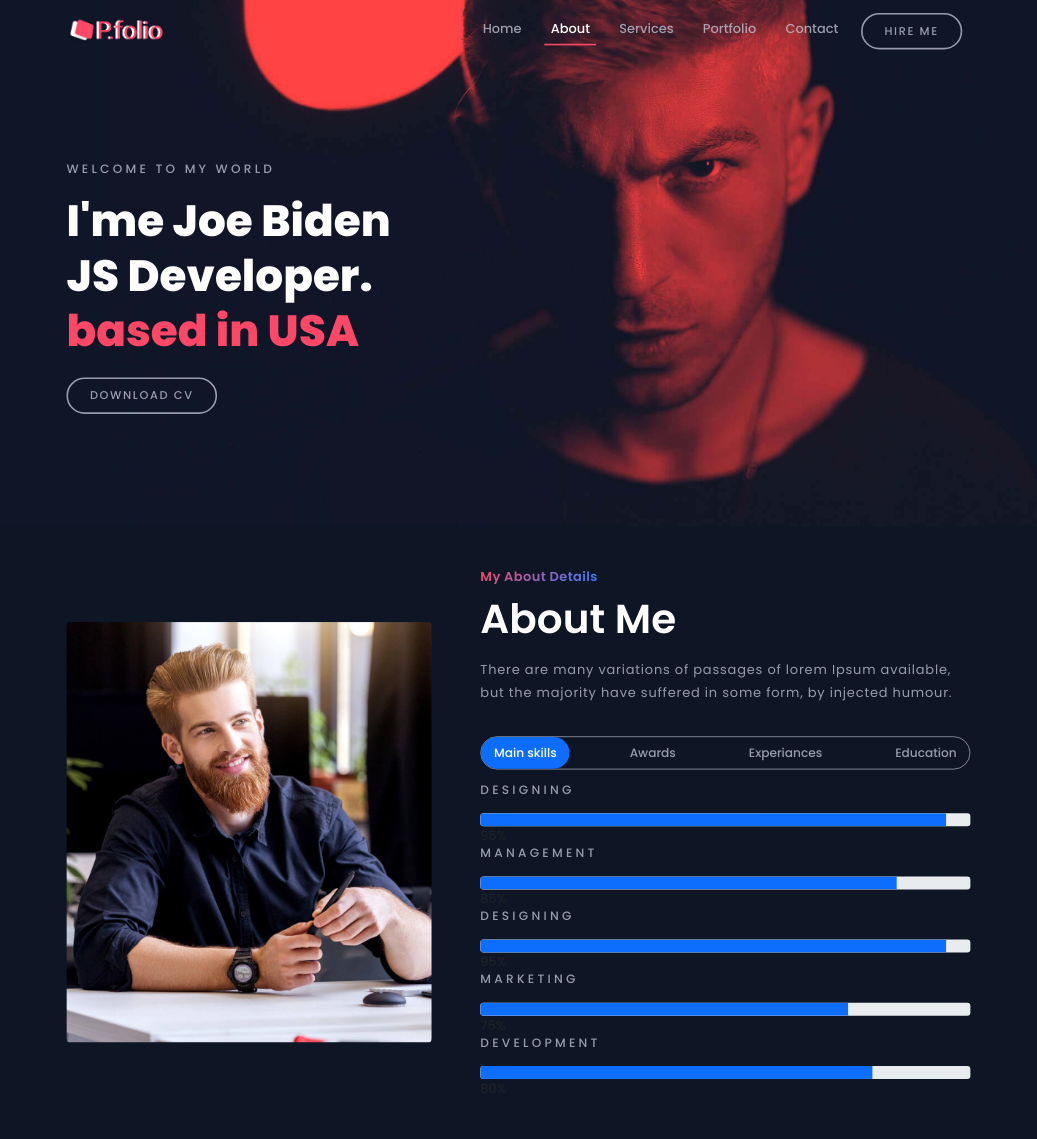
Repository: wadelfadill/Bootstrap_tache_3_responsive_portfolio
Page: index.html
An editor plug-in stored every save of this project. The page is shown before and after the next save, followed by the edit.
The browser window is 1280 px wide. The pictures show the whole page, at 81% of full size.
Backgrounds fixed to the window are drawn as part of the page. Some web libraries are served in a nearby version.

Above is the page before, as saved 2023-04-11 10:44:46.

### index.html
<!DOCTYPE html>
<html lang="en">
<head>
    <meta charset="UTF-8">
    <meta http-equiv="X-UA-Compatible" content="IE=edge">
    <meta name="viewport" content="width=device-width, initial-scale=1.0">
    <title>Bootstrap_Responsive_Portfolio</title>
    <!------ FAVICON ------->
    <link rel="icon" type="image/png" href="images/favicon.png">

    <!------------ Bootstrap link --------------->
    <link href="https://cdn.jsdelivr.net/npm/bootstrap@5.1.3/dist/css/bootstrap.min.css" rel="stylesheet" integrity="sha384-1BmE4kWBq78iYhFldvKuhfTAU6auU8tT94WrHftjDbrCEXSU1oBoqyl2QvZ6jIW3" crossorigin="anonymous">

    <!-------------- Font-awsome script  ------------->
    <script src="https://kit.fontawesome.com/8f130c8a35.js" crossorigin="anonymous"></script>

    <!------------ CSS files link  ------------->
    <link rel="stylesheet" href="css/style.css">
    <link rel="stylesheet" href="css/responsive-style.css">

    <!------------- Google-Font link ---------------->
    <link rel="stylesheet" href="https://fonts.googleapis.com/css2?family=Poppins%3Awght%40100%3B200%3B300%3B400%3B500%3B600%3B700%3B800%3B900&display=swap">
</head>
<body data-bs-spy="scroll" data-bs-target=".navbar" data-bs-offset="75">
    <!------------------------------------------------------>
        <!------------- Navbar Section ----------->
        <header class="header_wrapper">
            <nav class="navbar navbar-expand-lg fixed-top">
                <div class="container">
                  <a class="navbar-brand" href="#">
                    <img src="images/logo.png" alt="logo" class="img-fluid">
                  </a>
                  <button class="navbar-toggler" type="button" data-bs-toggle="collapse" data-bs-target="#navbarNav" aria-controls="navbarNav" aria-expanded="false" aria-label="Toggle navigation">
                    <i class="fa-solid fa-bars-staggered navbar-toggler-icon"></i>
                  </button>
                  <div class="collapse navbar-collapse justify-content-end" id="navbarNav">
                    <ul class="navbar-nav menu-navbar-nav">
                      <li class="nav-item">
                        <a class="nav-link active" aria-current="page" href="#home">Home</a>
                      </li>
                      <li class="nav-item">
                        <a class="nav-link" href="#about">About</a>
                      </li>
                      <li class="nav-item">
                        <a class="nav-link" href="#services">Services</a>
                      </li>
                      <li class="nav-item">
                        <a class="nav-link" href="#portfolio">Portfolio</a>
                      </li>
                      <li class="nav-item">
                        <a class="nav-link" href="#contact">Contact</a>
                      </li>
                      <li class="nav-item mt-3 mt-lg-0">
                        <a class="main-btn" href="#contact">Hire me</a>
                      </li>
                    </ul>
                  </div>
                </div>
              </nav>
        </header>
        <!----------- Navbar section end -------->
    <!------------------------------------------------------>
        <!----------- Banner section ------------->
        <section id="home" class="banner_wrapper">
            <div class="container">
                <div class="row">
                    <div class="col-sm-12 text-center text-md-start">
                        <h6>WELCOME TO MY WORLD</h6>
                        <h1>I'me Joe Biden <br> JS Developer. <span><br>based in USA</span></h1>
                        <div class="mt-4">
                            <a href="" class="main-btn">Download CV</a>
                        </div>
                    </div>
                </div>
            </div>
        </section>
        <!----------- Banner section end --------->
    <!------------------------------------------------------>
        <!----------- About section -------------->
        <section id="about" class="about_wrapper">
            <div class="container">
              <div class="row justify-content-between align-items-center">
                  <div class="col-lg-5 mb-lg-0">
                    <img src="images/about.jpg" alt="about-img" class="img-fluid rounded-3">
                  </div>
                  <div class="col-lg-7 ps-lg-5 text-center text-lg-start">
                    <div class="my-3 my-lg-0">
                      <span class="subtitle">My About Details</span>
                      <h2>About Me</h2>
                      <p>There are many variations of passages of lorem Ipsum available, but the majority have
                        suffered in some form, by injected humour.</p>
                    </div>
                    <div class="pt-4">
                      <ul class="nav nav-pills mb-3 justify-content-center justify-content-lg-between" id="pills-tab" role="tablist">
                        <li class="nav-item" role="presentation">
                          <button class="nav-link active" id="pills-skill-tab" data-bs-toggle="pill" data-bs-target="#pills-skill" type="button" role="tab" aria-controls="pills-skill" aria-selected="true">Main skills</button>
                        </li>
                        <li class="nav-item" role="presentation">
                          <button class="nav-link" id="pills-award-tab" data-bs-toggle="pill" data-bs-target="#pills-award" type="button" role="tab" aria-controls="pills-award" aria-selected="false">Awards</button>
                        </li>
                        <li class="nav-item" role="presentation">
                          <button class="nav-link" id="pills-experiance-tab" data-bs-toggle="pill" data-bs-target="#pills-experiance" type="button" role="tab" aria-controls="pills-experiance" aria-selected="false">Experiances</button>
                        </li>
                        <li class="nav-item" role="presentation">
                          <button class="nav-link" id="pills-education-tab" data-bs-toggle="pill" data-bs-target="#pills-education" type="button" role="tab" aria-controls="pills-education" aria-selected="false">Education</button>
                        </li>
                      </ul>
                      <div class="tab-content" id="pills-tabContent">
                        <div class="tab-pane fade show active" id="pills-skill" role="tabpanel" aria-labelledby="pills-skill-tab" tabindex="0">
                            <div class="single-progress">
                                <h6>Designing</h6>
                                <div class="progress">
                                  <div class="progress-bar" role="progressbar" aria-label="Basic example" style="width: 95%" aria-valuenow="25" aria-valuemin="0" aria-valuemax="100"></div>
                                </div>
                                <span class="lable">95%</span>
                            </div>
                            <div class="single-progress">
                              <h6>Management</h6>
                              <div class="progress">
                                <div class="progress-bar" role="progressbar" aria-label="Basic example" style="width: 85%" aria-valuenow="25" aria-valuemin="0" aria-valuemax="100"></div>
                              </div>
                              <span class="lable">85%</span>
                            </div>
                            <div class="single-progress">
                              <h6>Designing</h6>
                              <div class="progress">
                                <div class="progress-bar" role="progressbar" aria-label="Basic example" style="width: 95%" aria-valuenow="25" aria-valuemin="0" aria-valuemax="100"></div>
                              </div>
                              <span class="lable">95%</span>
                            </div>
                            <div class="single-progress">
                              <h6>Marketing</h6>
                              <div class="progress">
                                <div class="progress-bar" role="progressbar" aria-label="Basic example" style="width: 75%" aria-valuenow="25" aria-valuemin="0" aria-valuemax="100"></div>
                              </div>
                              <span class="lable">75%</span>
                            </div>
                            <div class="single-progress">
                              <h6>Development</h6>
                              <div class="progress">
                                <div class="progress-bar" role="progressbar" aria-label="Basic example" style="width: 80%" aria-valuenow="25" aria-valuemin="0" aria-valuemax="100"></div>
                              </div>
                              <span class="lable">80%</span>
                            </div>
                        </div>
                        <div class="tab-pane fade" id="pills-award" role="tabpanel" aria-labelledby="pills-award-tab" tabindex="0">
                          <ul class="text-start ps-0">
                            <li>
                              <a href="#">
                              Awards.com<span>- Winner</span></a> 2019 -2020</li>
                            <li>
                              <a href="#">
                              CSS Design Awards<span>- Winner</span></a> 2017 - 2018</li>
                            <li>
                              <a href="#">
                              Design nominees<span>- Site of the day</span></a></li>
                            <li>
                              <a href="#">
                              Awards.com<span>- Winner</span></a> 2019 - 2020</li>
                          </ul>
                        </div>
                        <div class="tab-pane fade" id="pills-experiance" role="tabpanel" aria-labelledby="pills-experiance-tab" tabindex="0">
                          <ul class="text-start ps-0">
                              <li><a href="#">Sr. Front-end Engineer <span>- Google</span></a>2018 - Current</li>
                              <li><a href="#">Front-end Engineer<span>- Microsoft</span></a> 2017 - 2018</li>
                              <li><a href="#">Software Engineer<span>- Alibaba</span></a> 2013 - 2014</li>
                              <li><a href="#">Software Engineer<span>- Alibaba</span></a> 2013 - 2014</li>
                          </ul>
                        </div>
                        <div class="tab-pane fade" id="pills-education" role="tabpanel" aria-labelledby="pills-education-tab" tabindex="0">
                          <ul class="text-start ps-0">
                            <li><a href="#">Bsc In CSE <span>- ABC University, Los Angeles, CA</span></a>2010</li>
                            <li><a href="#">Dilploma in Computer Science<span>- Gama Technical</span></a> 2009</li>
                            <li><a href="#">Graphic Designer<span>- ABC Institute, Los Angeles, CA</span></a> 2007</li>
                            <li><a href="#">Graphic Designer<span>- ABC Institute, Los Angeles, CA</span></a> 2007</li>
                        </ul>
                        </div>
                      </div>
                    </div>
                  </div>
              </div>
            </div>
        </section>
        <!----------- About section end ---------->
    <!------------------------------------------------------->
        <!----------- Services section ----------->

        <!----------- Services section end ------->
    <!------------------------------------------------------->
        <!----------- Portfolio section ---------->

        <!----------- Portfolio section end ----->
    <!------------------------------------------------------->
        <!----------- Contact section ----------->

        <!----------- Contact section end ------->
    <!------------------------------------------------------->
        <!------------ Footer section ----------->

        <!------------ Footer section end ------->
    <!------------------------------------------------------->
        <!-- JS file link -->
        <script src="js/main.js"></script>
        <!---------------- bootstrap script -------------->
        <script src="https://cdn.jsdelivr.net/npm/bootstrap@5.1.3/dist/js/bootstrap.bundle.min.js" integrity="sha384-ka7Sk0Gln4gmtz2MlQnikT1wXgYsOg+OMhuP+IlRH9sENBO0LRn5q+8nbTov4+1p" crossorigin="anonymous"></script>
</body>
</html>

### css/style.css
/* TABLE OF CONTENTS */
/* --------------------
1. General
2.Navbar
3.Banner
4.About
5.Services
6.Portfolio
7.contact
8.Footer
---------------------- */

/* 1. General */
@import url('https://fonts.googleapis.com/css2?family=Poppins%3Awght%40100%3B200%3B300%3B400%3B500%3B600%3B700%3B800%3B900&display=swap');

*{
    box-sizing: border-box;
    margin: 0;
    padding: 0;
}
:root{
    /* Background Color */
    --primary-color:#FD4766;
    --secondary-color:#0e1525;
    --bg-dark-blue:#091020;
    --bg-white:#fff;
    --gray-color:#c6c9d8bf;
    --gradient-color: linear-gradient(-224deg, var(--primary-color) 0, #337Dff 100%);
    --gradient-text: linear-gradient(120deg, #1C99FE 20.69%, #7644FF 50.19%, var(--primary-color) 79.69%);
    filter: progid:DXImageTransform.Microsoft.gradient(startColorstr='var(--primary-color)', endColorstr='var(--secondary-color)', GradientType=1);

    /* Text Color */
    --primary-font: 'Poppins', 'sans-serif';
    --primary-text: #FD4766;
    --text-gray: #c6c9d8bf;
    --text-white:#fff;

}

body{
    font-family: var(--primary-font);
    background-color: var(--secondary-color);
}
a{
    text-decoration: none;
}

/* 2. custom css */
::-webkit-scrollbar{
    width: 6px;
}
::-webkit-scrollbar-track{
    background: var(--bg-dark-blue);
}
::-webkit-scrollbar-thumb{
    background: var(--primary-color);
}
input[type=number]::-webkit-inner-spin-button,
input[type=number]::-webkit-outer-spin-button{
    -webkit-appearance: none;
    margin: 0;
}

section{
    padding: 50px 0;
}
.main-btn{
    display: inline-block;
    border-radius: 50px;
    transition: all .4s ease-in-out;
    padding: 10px 27px;
    background-color: transparent;
    border: 2px solid var(--gray-color);
    color: var(--text-gray);
    font-weight: 500;
    font-size: 14px;
    text-transform: uppercase;
    letter-spacing: 2px;
    text-decoration: none;
}
.main-btn:hover{
    background-color: var(--primary-color);
    border-color: var(--primary-color);
    color: var(--text-white);

}
h1{
    font-size: 54px;
    line-height: 68px;
    font-weight: 800;
    color: var(--text-white);
    margin-bottom: 20px;
}
h1 span{
    color: var(--primary-color);
}
h2{
    font-size: 50px;
    line-height: 1.3;
    font-weight: 600;
    color: var(--text-white);
    margin-bottom: 15px;
}
h3{
    font-size: 20px;
    font-weight: 800;
    color: var(--text-white);
    margin-bottom: 19px;
}
h6{
    font-size: 15px;
    text-transform: uppercase;
    letter-spacing: 4px;
    display: block;
    color: var(--text-gray);
    margin-bottom: 20px;
}

p{
    color: var(--text-gray);
    font-size: 16px;
    line-height: 28px;
    letter-spacing: 1px;
    font-weight: 400;
}

.subtitle{
    display: inline-block;
    font-weight: 600;
    letter-spacing: 0.5px;
    line-height: 18px;
    font-size: 16px;
    margin-bottom: 12px;
    background: var(--gradient-color);
    -webkit-background-clip: text;
    -webkit-text-fill-color: transparent;
}
input:hover,
input:focus,
textarea:hover,
textarea:focus,
button{
    outline: none !important;
    box-shadow: none !important;
}

/* 2. Navbar */
.header_wrapper .navbar{
    padding: 15px 0;
    -webkit-transition: all .2s linear;
    -o-transition: all .2s linear;
    transition: all .2s linear;

}
.header_wrapper .navbar-brand img{
    max-width: 120px;
    height: auto;
}
.header_wrapper .navbar-toggler{
    border: 0;
    color: var(--gray-color);
    line-height: 2;
}
.header_wrapper .navbar-toggler:focus{
    box-shadow: none;
}
.header_wrapper .nav-item{
    margin: 0 10px;
}
.header_wrapper .nav-item .nav-link{
    position: relative;
    font-size: 16px;
    font-weight: 500;
    color: var(--text-gray);
    display: inline-block;
}
.header_wrapper .nav-item .nav-link::after{
    position: absolute;
    content: '';
    left: 0;
    width: 0;
    height: 2px;
    background: var(--primary-color);
    transition: 0.3s;
    bottom: 0;
}
.header_wrapper .nav-item .nav-link.active::after,
.header_wrapper .nav-item .nav-link:hover::after{
    width: 100%;

}
.header_wrapper .nav-item .nav-link.active,
.header_wrapper .nav-item .nav-link:hover{
     color: var(--text-white);
}
.header-scrolled{
    position: fixed;
    top: 0;
    left: 0;
    width: 100%;
    background-color: var(--bg-dark-blue);
    -webkit-box-shadow: 0 4px 6px 0 rgba(12, 0, 46, .05);
    box-shadow: 0 4px 6px 0 rgba(12, 0, 46, .05);
}
.header-scrolled .nav-item .nav-link.active,
.header-scrolled .nav-item .nav-link:hover{
     color: var(--primary-text);
}
/* 3. Banner */
.banner_wrapper{
    width: 100%;
    height: auto;
    min-height: 650px;
    background-image: url('../images/bg-image.jpg');
    background-repeat: no-repeat;
    background-position: center center;
    background-size: cover;
    background-attachment: fixed;
    padding: 200px 0 100px 0;
}
/* 4. About */
.about_wrapper ul.nav-pills{
    border: 1px solid var(--gray-color);
    border-radius: 50px;

}
.about_wrapper ul li .nav-link{
    border-radius: 50px;
    font-size: 15px;
    font-weight: 500;
    transition: all 0.45s cubic-bezier(0,0,0.2,1);
    display: inline-block;
    color: var(--text-gray);
    border: 0;
}

### css/responsive-style.css
@media (max-width:991px){

    /* Custom css */
    section{
        padding: 30px 0;
    }
    h2{
        font-size: 30px;
        line-height: 40px;
    }
    h3{
        font-size: 20px;
    }
    /* 2. Navbar */
    .header-scrolled{
        height: auto;
    }
    .header_wrapper .menu-navbar-nav{
        text-align: center;
        background-color: var(--bg-dark-blue);
        padding-bottom: 15px;
    }
    .header_wrapper .nav-item .nav-link{
        margin-top: 15px;
    }
    /* banner wrapper */
    .banner_wrapper{
        padding: 200px 0;
    }
}



@media (max-width:767px){
    /* Custom css */
    section{
        padding: 30px 0;
    }
    h1{
        font-size: 40px;
        line-height: 48px;
    }
    h2{
        font-size: 25px;

    }
    p{
        font-size: 13px;
        line-height: 24px;
    }
}

### js/main.js
//Header Scroll
let nav = document.querySelector(".navbar");
window.onscroll = function () {
    if(document.documentElement.scrollTop > 20){
        nav.classList.add("header-scrolled");
    }else{
        nav.classList.remove("header-scrolled");
    }
}

// nav hide
let navBar = document.querySelectorAll(".nav-link");
let navCollapse = document.querySelector(".navbar-collapse.collapse");
navBar.forEach(function(a){
    a.addEventListener("click", function(){
        navCollapse.classList.remove("show")
    })
})

After the next save:
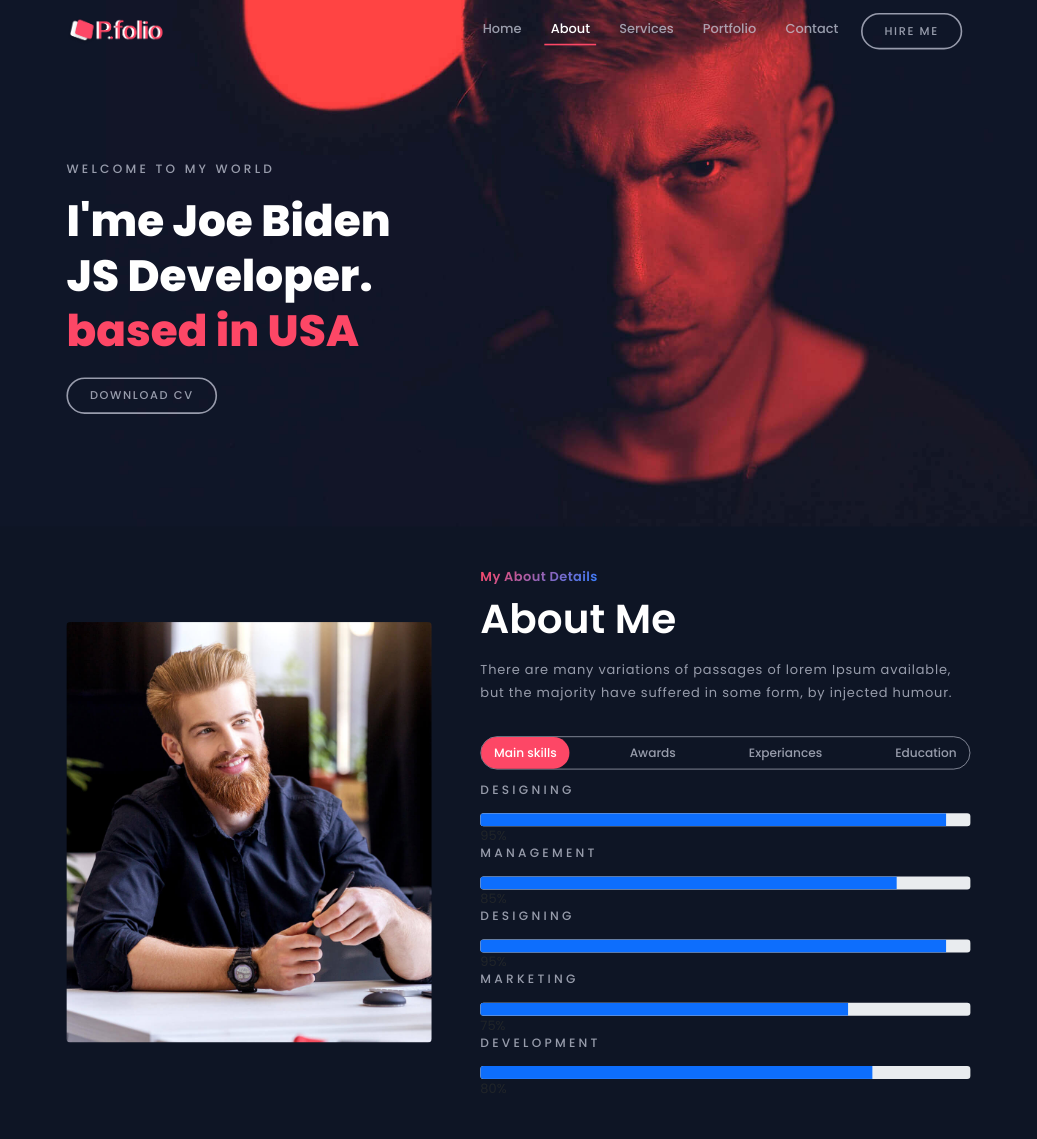
Saved 99 s later.
--- a/css/style.css
+++ b/css/style.css
@@ -233,3 +233,6 @@ button{
     color: var(--text-gray);
     border: 0;
 }
+.about_wrapper ul li .nav-link.active{
+    background-color: var(--primary-color);
+}
